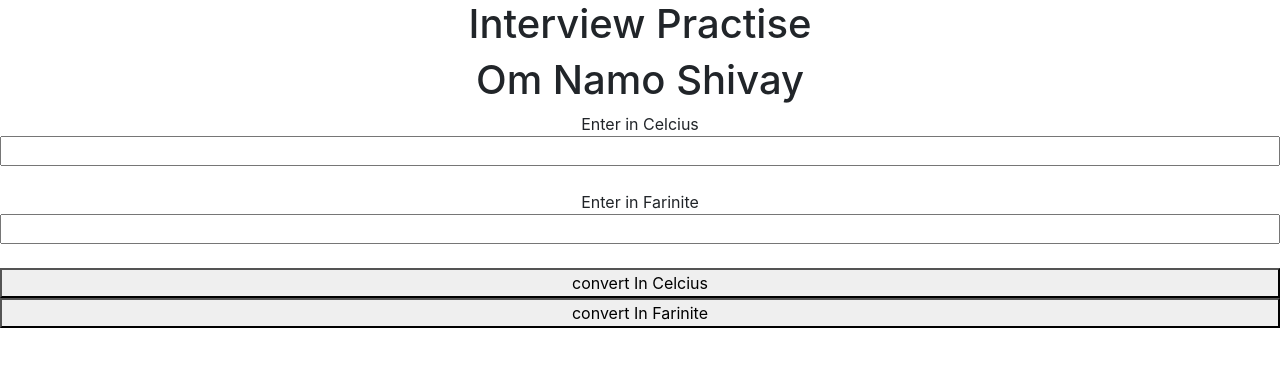
Repository: punitbathija/Machine-Round-React
Page: /
The author's editor kept a copy of each file at every save. The page is drawn from the files as they stood at one save, then again after the next save.
The browser window is 1280 px wide. The pictures show the whole page.
The project was rebuilt for these pictures with package versions that can differ from the ones it lists, and the page was loaded fresh each time. Also part of the build but not shown: src/components/counter.jsx, src/components/ProgressBar.js, src/components/CurrencyCoverter.js.

Above is the page before, as saved 2023-06-01 14:15:45.

After the next save:
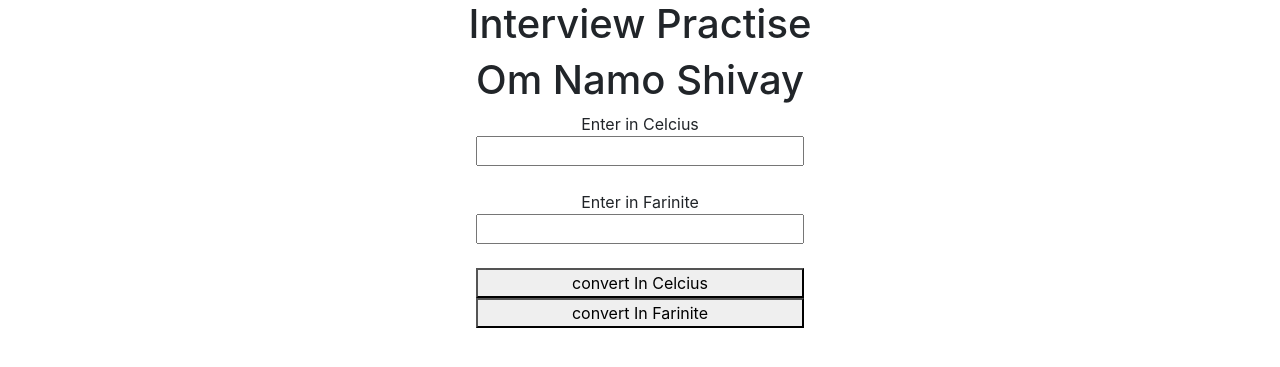
Saved 12 s later.
--- a/src/components/TempratureConveter.js
+++ b/src/components/TempratureConveter.js
@@ -21,6 +21,7 @@ const TempratureConveter = () => {
         display: "flex",
         flexDirection: "column",
         margin: "auto",
+        width: "fit-content",
       }}
     >
       <h1>Om Namo Shivay</h1>
